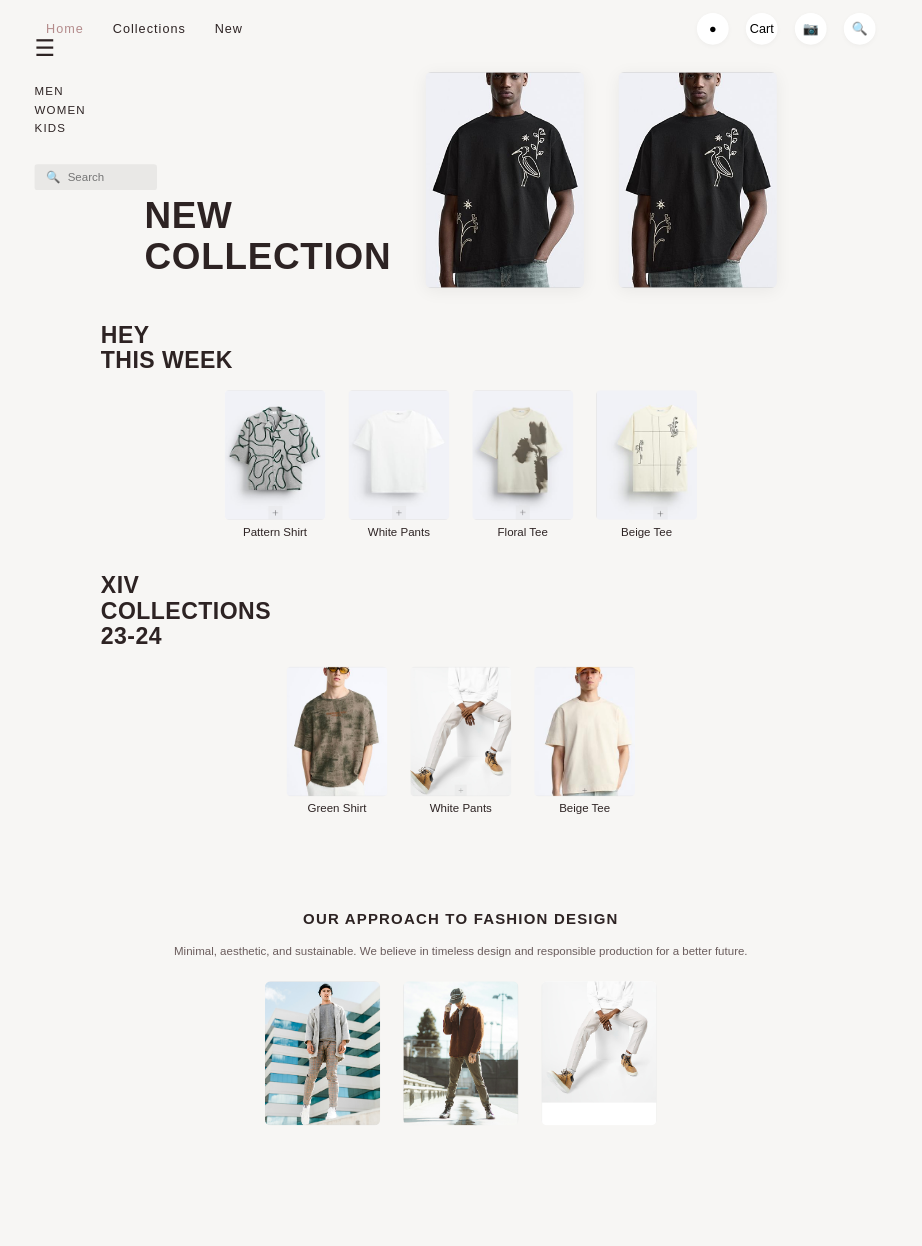
Repository: Diegoms0595/retail-dashboard-app
Page: index.html
An editor plug-in stored every save of this project. The page is shown before and after the next save, followed by the edit.
The browser window is 1280 px wide. The pictures show the whole page, at 72% of full size.

Above is the page before, as saved 2025-06-18 19:42:44.

### index.html
<!DOCTYPE html>
<html lang="en">
<head>
  <meta charset="UTF-8" />
  <meta name="viewport" content="width=device-width, initial-scale=1.0"/>
  <title>XIV Fashion</title>
  <link rel="stylesheet" href="style.css" />
</head>
<body>
  <header class="site-header">
    <nav>
      <a href="index.html" class="active">Home</a>
      <a href="products.html">Collections</a>
      <a href="products.html">New</a>
    </nav>
    <div class="top-icons">
      <button class="icon-btn">&#9679;</button>
      <button class="icon-btn">Cart</button>
      <button class="icon-btn">&#128247;</button>
      <button class="icon-btn">&#128269;</button>
    </div>
  </header>

  <aside class="sidebar">
    <div class="menu-icon">&#9776;</div>
    <div class="sidebar-menu">
      <span>MEN</span>
      <span>WOMEN</span>
      <span>KIDS</span>
    </div>
    <div class="search-bar">
      <span>&#128269;</span>
      <input type="text" placeholder="Search" />
    </div>
  </aside>

  <main class="home-main">
    <section class="hero-section">
      <h1 class="hero-title">NEW<br>COLLECTION</h1>
      <div class="hero-products">
        <img src="./Assets/Head1.png" alt="Product 1" />
        <img src="./Assets/Head1.png" alt="Product 2" />
      </div>
    </section>

    <section class="week-section">
      <h2 class="section-title">HEY<br>THIS WEEK</h2>
      <div class="week-products">
        <div class="week-product">
          <img src="Assets/ThisWeek1.png" alt="Product 1" />
          <p>Pattern Shirt</p>
        </div>
        <div class="week-product">
          <img src="./Assets/ThisWeek2.png" alt="Product 2" />
          <p>White Pants</p>
        </div>
        <div class="week-product">
          <img src="./Assets/ThisWeek3.png" alt="Product 3" />
          <p>Floral Tee</p>
        </div>
        <div class="week-product">
          <img src="./Assets/ThisWeek4.png" alt="Product 4" />
          <p>Beige Tee</p>
        </div>
      </div>
    </section>

    <section class="collection-section">
      <h2 class="section-title">XIV<br>COLLECTIONS<br>23-24</h2>
      <div class="collection-products">
        <div class="collection-product">
          <img src="./Assets/Collection1.png" alt="Product 7" />
          <p>Green Shirt</p>
        </div>
        <div class="collection-product">
          <img src="./Assets/Collecton2.png" alt="Product 1" />
          <p>White Pants</p>
        </div>
        <div class="collection-product">
          <img src="./Assets/Collection3.png" alt="Product 8" />
          <p>Beige Tee</p>
        </div>
      </div>
    </section>

    <section class="approach-section">
      <h3>OUR APPROACH TO FASHION DESIGN</h3>
      <p>Minimal, aesthetic, and sustainable. We believe in timeless design and responsible production for a better future.</p>
      <div class="approach-gallery">
        <img src="./Assets/Approche1.png" alt="Lookbook 1" />
        <img src="./Assets/Approach2.png" alt="Lookbook 2" />
        <img src="./Assets/Approach3.png" alt="Lookbook 3" />
      </div>
    </section>
  </main>

</body>
</html>

### style.css
html, body {
  margin: 0;
  padding: 0;
  font-family: 'Montserrat', Arial, sans-serif;
  background: #f7f6f4;
  color: #2d2323;
  min-height: 100vh;
  width: 100vw;
  box-sizing: border-box;
}

body {
  min-height: 100vh;
  width: 100vw;
  display: flex;
  flex-direction: column;
}

.site-header {
  width: 100vw;
  max-width: 100vw;
  position: fixed;
  top: 0;
  left: 0;
  height: 80px;
  display: flex;
  align-items: center;
  justify-content: space-between;
  padding: 0 64px;
  background: none;
  z-index: 10;
  box-sizing: border-box;
}

nav {
  display: flex;
  gap: 40px;
}

nav a {
  text-decoration: none;
  color: #2d2323;
  font-size: 1.1rem;
  letter-spacing: 0.08em;
  padding: 8px 0;
  transition: color 0.2s;
}

nav a.active,
nav a:hover {
  color: #b48b8b;
}

.top-icons {
  display: flex;
  gap: 24px;
  align-items: center;
}

.icon-btn {
  background: #fff;
  border-radius: 50%;
  width: 44px;
  height: 44px;
  display: flex;
  align-items: center;
  justify-content: center;
  font-size: 1.1rem;
  box-shadow: 0 2px 8px rgba(0,0,0,0.04);
  cursor: pointer;
  border: none;
}

.sidebar {
  position: fixed;
  left: 0;
  top: 0;
  width: 220px;
  height: 100vh;
  background: none;
  display: flex;
  flex-direction: column;
  padding: 48px 0 0 48px;
  box-sizing: border-box;
  z-index: 20;
}

.menu-icon {
  font-size: 2rem;
  margin-bottom: 32px;
  cursor: pointer;
}

.sidebar-menu {
  margin-bottom: 32px;
}

.sidebar-menu span {
  display: block;
  margin-bottom: 8px;
  font-size: 1rem;
  letter-spacing: 0.1em;
}

.search-bar {
  display: flex;
  align-items: center;
  background: rgba(80, 80, 80, 0.08);
  border-radius: 4px;
  padding: 8px 16px;
  width: 80%;
}

.search-bar input {
  border: none;
  background: none;
  margin-left: 8px;
  font-size: 1rem;
  width: 100%;
  outline: none;
}

.home-main {
  flex: 1;
  display: flex;
  flex-direction: column;
  align-items: center;
  justify-content: flex-start;
  margin-top: 100px;
  margin-left: 0;
  width: 100vw;
  max-width: 1200px;
  box-sizing: border-box;
  margin-right: auto;
  margin-left: auto;
  padding-bottom: 120px;
}

.hero-section,
.week-section,
.collection-section,
.approach-section {
  width: 100%;
  max-width: 1000px;
  margin: 0 auto 48px auto;
  display: flex;
  flex-direction: column;
  align-items: center;
}

.hero-section {
  flex-direction: row;
  align-items: flex-end;
  justify-content: center;
  gap: 48px;
}

.hero-title {
  font-size: 3.2rem;
  font-weight: 800;
  margin: 0 0 16px 0;
  line-height: 1.1;
  letter-spacing: 0.02em;
  text-align: left;
}

.hero-products {
  display: flex;
  gap: 48px;
}

.hero-products img {
  width: 220px;
  height: 300px;
  object-fit: cover;
  border-radius: 8px;
  box-shadow: 0 4px 24px rgba(0,0,0,0.06);
  background: #fff;
}

.section-title {
  font-size: 2rem;
  font-weight: 800;
  margin: 0 0 24px 0;
  line-height: 1.1;
  letter-spacing: 0.02em;
  text-align: left;
  width: 100%;
}

.week-products, .collection-products {
  display: flex;
  gap: 32px;
  justify-content: center;
  width: 100%;
}

.week-product, .collection-product {
  display: flex;
  flex-direction: column;
  align-items: center;
}

.week-product img, .collection-product img {
  width: 140px;
  height: 180px;
  object-fit: cover;
  border-radius: 6px;
  margin-bottom: 8px;
  background: #fff;
}

.week-product p, .collection-product p {
  font-size: 1rem;
  margin: 0;
  color: #2d2323;
}

.approach-section {
  margin: 64px 0 0 0;
  text-align: center;
}

.approach-section h3 {
  font-size: 1.3rem;
  font-weight: 700;
  margin-bottom: 8px;
  letter-spacing: 0.08em;
}

.approach-section p {
  font-size: 1rem;
  color: #6a5c5c;
  margin-bottom: 32px;
}

.approach-gallery {
  display: flex;
  justify-content: center;
  gap: 32px;
  margin-bottom: 48px;
}

.approach-gallery img {
  width: 160px;
  height: 200px;
  object-fit: cover;
  border-radius: 8px;
  background: #fff;
}

.footer {
  width: 100vw;
  display: flex;
  align-items: center;
  justify-content: space-between;
  padding: 32px 64px;
  background: none;
  box-sizing: border-box;
  position: fixed;
  bottom: 0;
  left: 0;
  z-index: 30;
}

.footer-left {
  display: flex;
  align-items: center;
  gap: 16px;
  font-size: 1.3rem;
  font-weight: 700;
  letter-spacing: 0.1em;
}

.qr {
  width: 64px;
  height: 64px;
}

/* Responsive */
@media (max-width: 1200px) {
  .home-main {
    max-width: 100vw;
    padding-left: 16px;
    padding-right: 16px;
  }
  .sidebar {
    display: none;
  }
  .site-header {
    left: 0;
    width: 100vw;
    padding-left: 16px;
    padding-right: 16px;
  }
  .footer {
    left: 0;
    width: 100vw;
    padding-left: 16px;
    padding-right: 16px;
  }
}

@media (max-width: 900px) {
  .hero-products img, .week-product img, .collection-product img, .approach-gallery img {
    width: 100px;
    height: 120px;
  }
  .footer {
    flex-direction: column;
    gap: 16px;
    padding: 16px;
  }
  .hero-section {
    flex-direction: column;
    align-items: center;
    gap: 24px;
  }
  .section-title {
    font-size: 1.3rem;
  }
}

After the next save:
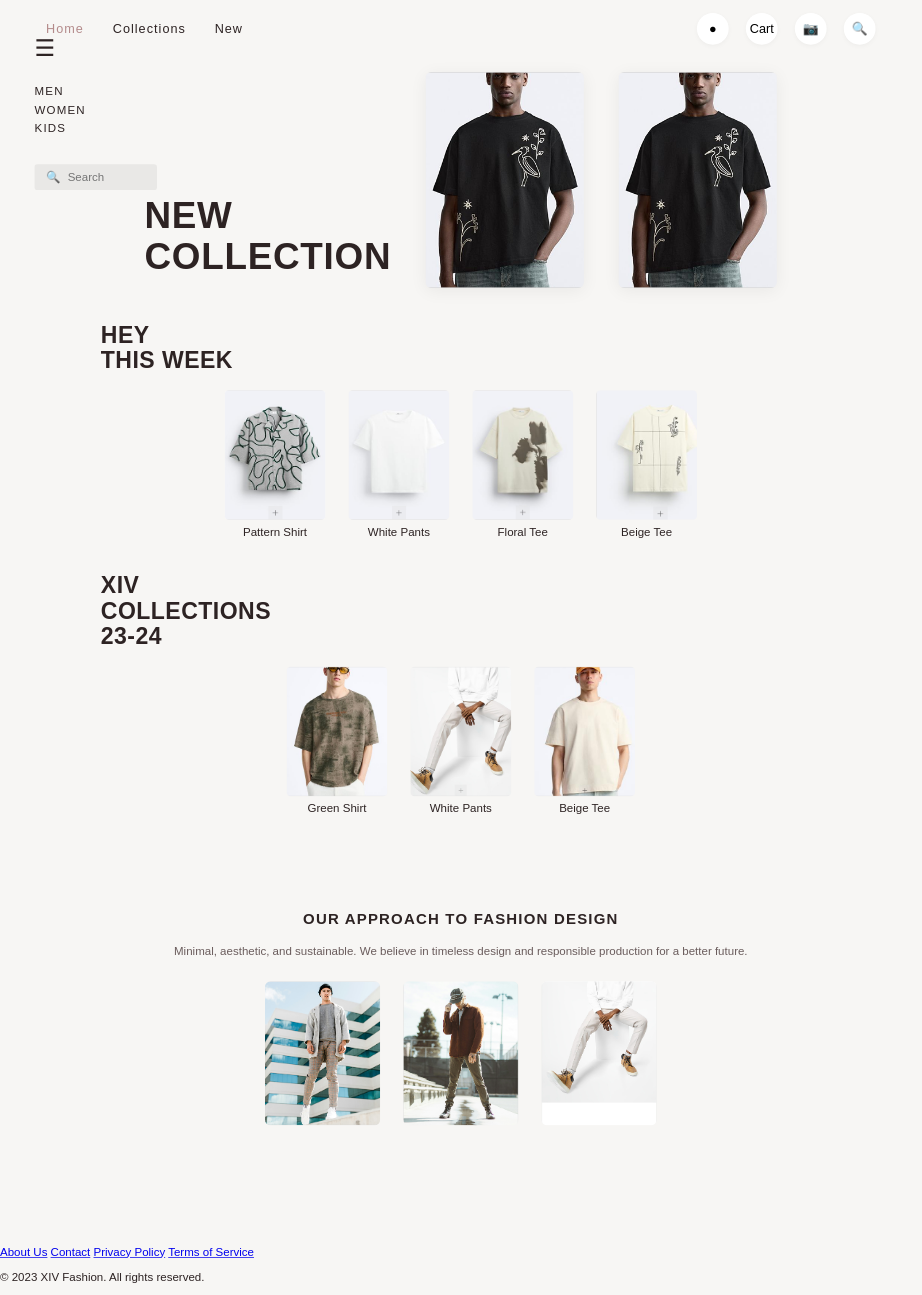
Saved 10 s later.
--- a/index.html
+++ b/index.html
@@ -93,6 +93,13 @@
       </div>
     </section>
   </main>
-
+    <footer class="site-footer">
+        <div class="footer-links">
+        <a href="#">About Us</a>
+        <a href="#">Contact</a>
+        <a href="#">Privacy Policy</a>
+        <a href="#">Terms of Service</a>
+        </div>
+        <p>&copy; 2023 XIV Fashion. All rights reserved.</p>
 </body>
 </html>
